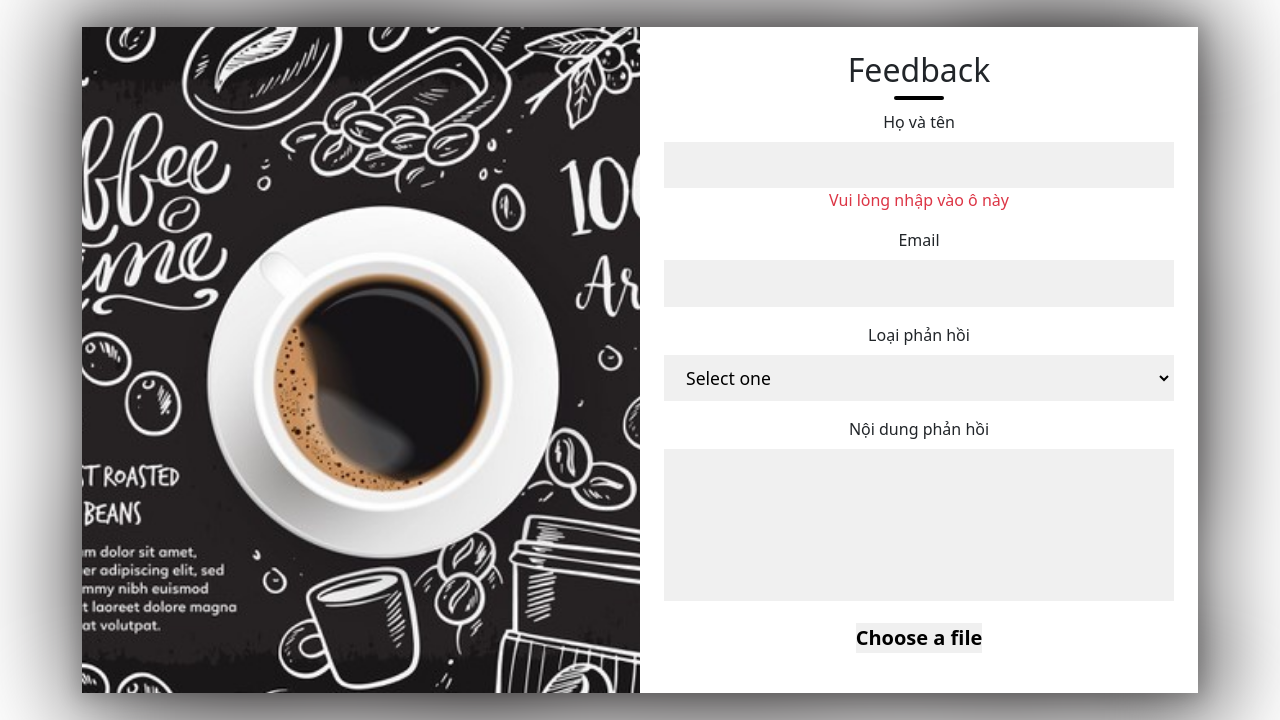
Repository: LeDongGyC/html-css
Page: HTML CSS/prototype/index.html
The author's editor kept a copy of each file at every save. The page is drawn from the files as they stood at one save, then again after the next save.
The browser window is 1280 px wide. The pictures show the whole page.
The style sheet was rebuilt from its Sass, Less or Tailwind sources for each picture, by a compiler version that may differ from the author's.

Above is the page before, as saved 2023-05-24 10:37:00.

After the next save:
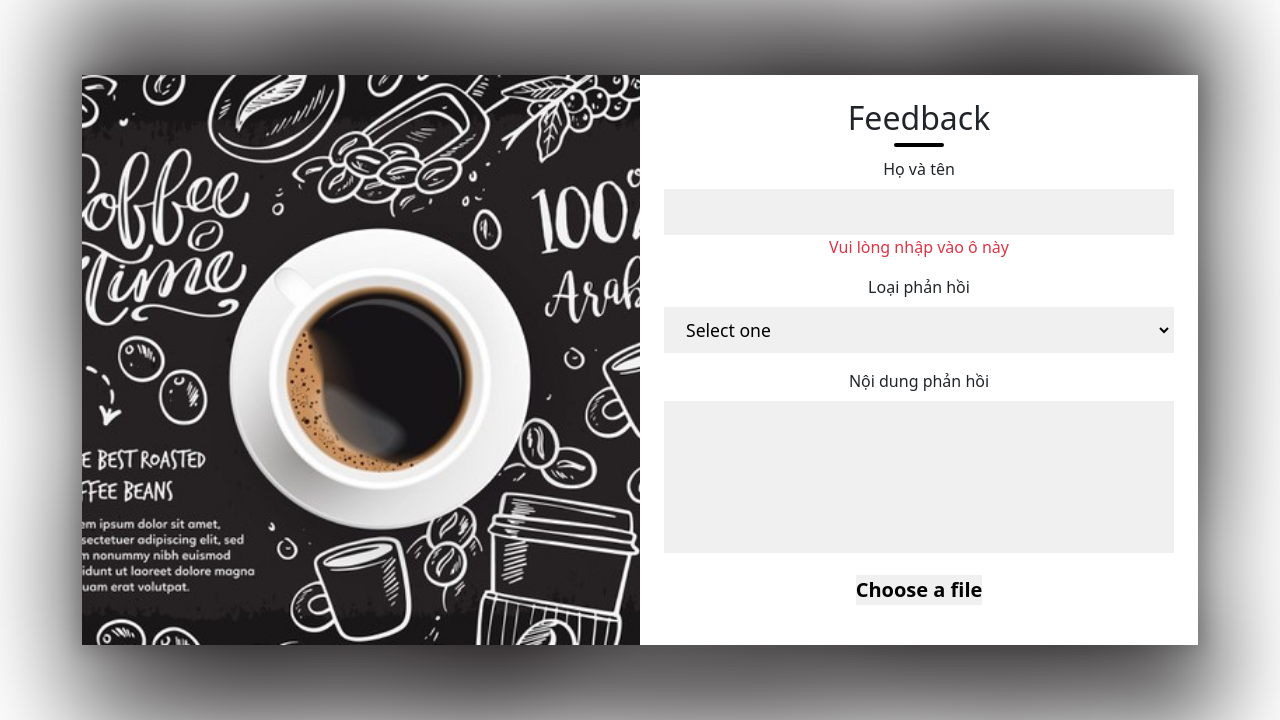
Saved 52 s later.
--- a/HTML CSS/prototype/index.html
+++ b/HTML CSS/prototype/index.html
@@ -45,11 +45,11 @@
             placeholder="">
             <span class="text-danger">Vui lòng nhập vào ô này</span>
         </div>
-        <div class="mb-3">
+        <!-- <div class="mb-3">
           <label for="email" class="form-label">Email</label>
           <input type="text" class=" feedback-box_right-item" name="" id="email" aria-describedby="helpId"
             placeholder="">
-        </div>
+        </div> -->
         <div class="mb-3">
           <label for="typeFeedback" class="form-label">Loại phản hồi</label>
           <select class="feedback-box_right-item " name="" id="typeFeedback">
